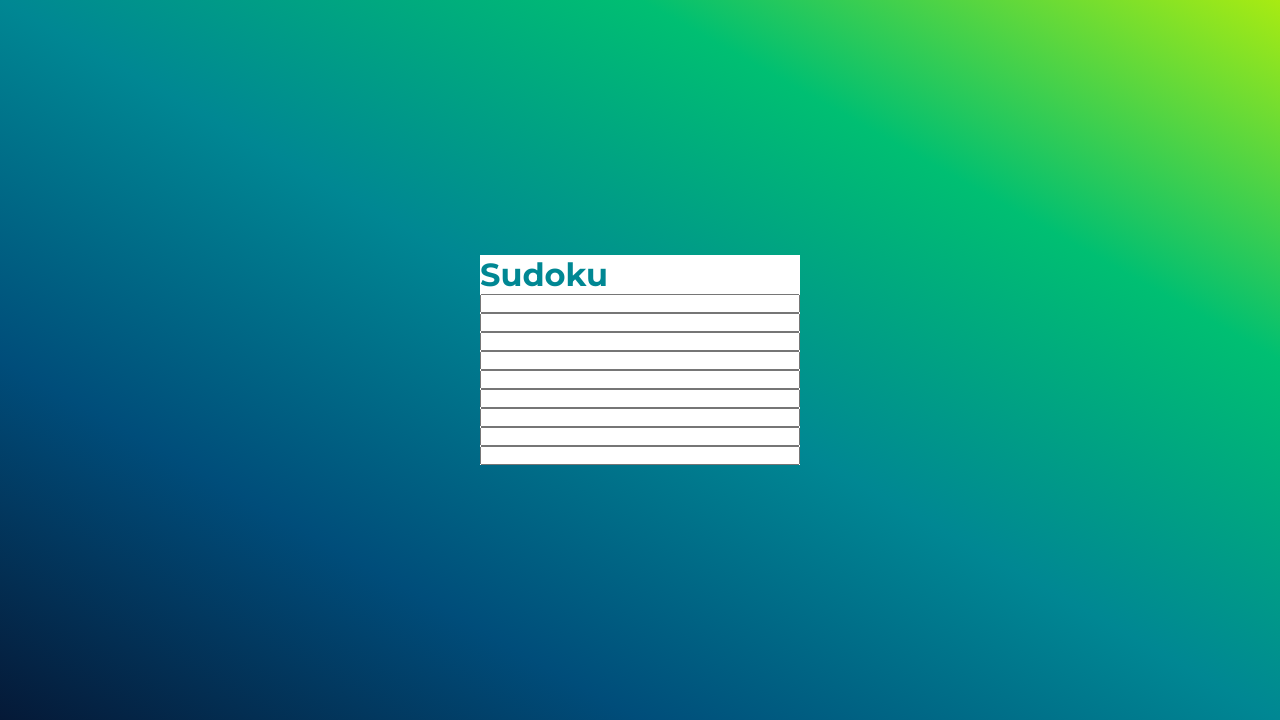
Repository: pattypetrikova/sudoku
Page: index.html
The author's editor kept a copy of each file at every save. The page is drawn from the files as they stood at one save, then again after the next save.
The browser window is 1280 px wide. The pictures show the whole page.

Above is the page before, as saved 2022-12-30 10:18:32.

After the next save:
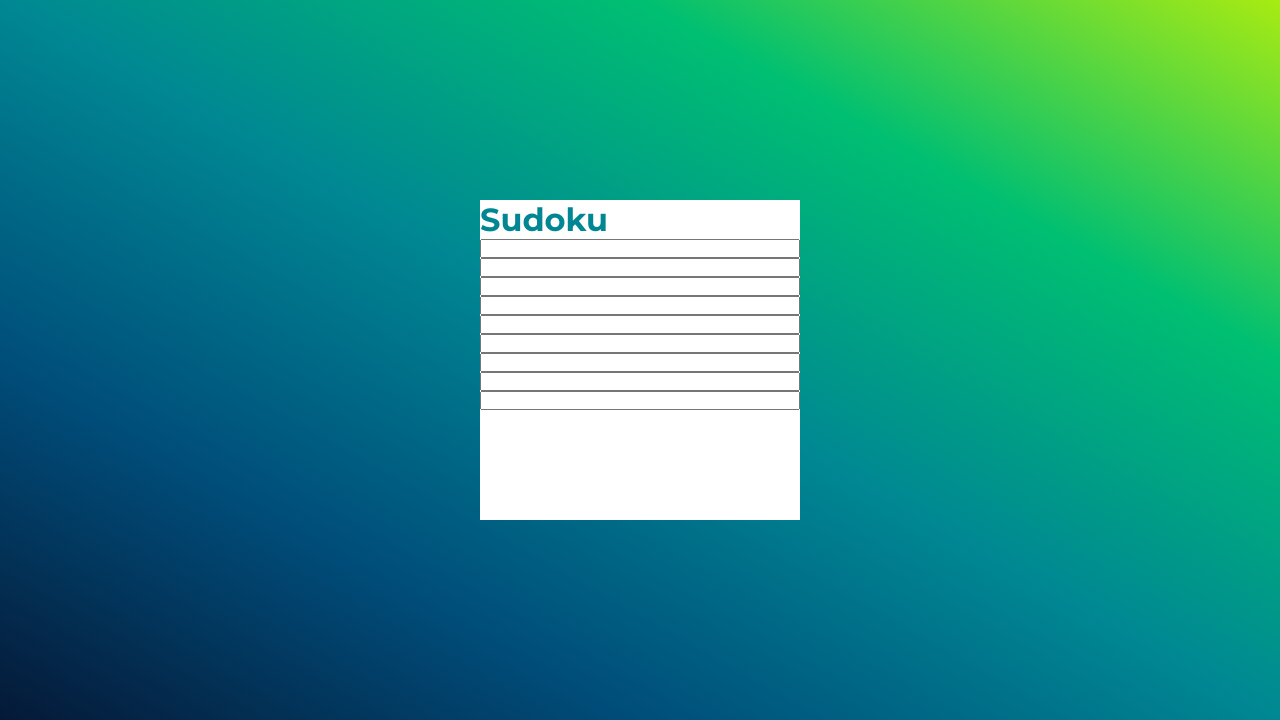
Saved 9 s later.
--- a/assets/style.css
+++ b/assets/style.css
@@ -25,6 +25,7 @@
 .game {
     background-color: white;
     min-width: 20em;
+    min-height: 20em;
 }
 
 .title {
